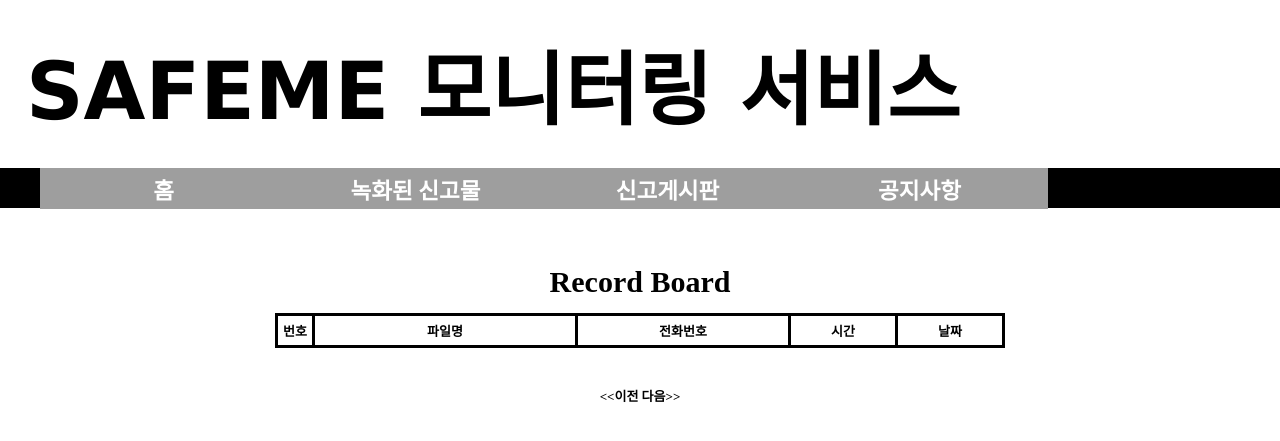
Repository: imdasom/SafeMe
Page: http://localhost/SafeMe/homepage/recordkesipan.jsp
The author's editor kept a copy of each file at every save. The page is drawn from the files as they stood at one save, then again after the next save.
The browser window is 1280 px wide. The pictures show the whole page.
Pictures or frames that could not be fetched are drawn as grey boxes. The page is served by Tomcat 9. Queries for data that is not in the repository find no rows.

Above is the page before, as saved 2015-12-15 12:29:19.

After the next save:
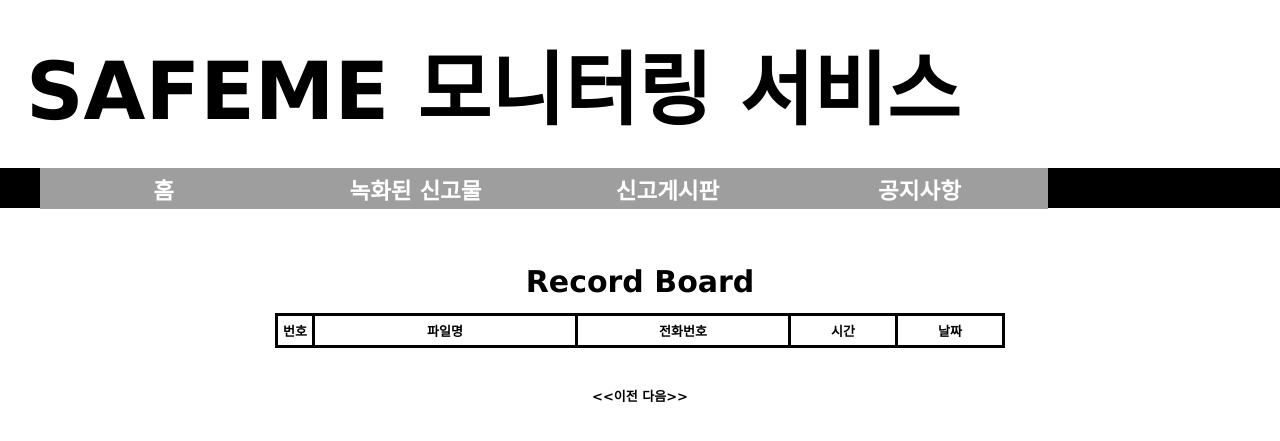
Saved 15 s later.
--- a/FinalSafeMeWeb/SafeMe/homepage/recordkesipan.jsp
+++ b/FinalSafeMeWeb/SafeMe/homepage/recordkesipan.jsp
@@ -4,7 +4,7 @@
 <jsp:include page="Home.jsp" flush="false" /></br></br>
 <title>글 목록 보기</title>
 </head>
-<body bgcolor="white" text="black" link="blue" vlink="red" alink="red" style="font-family:맑은고딕;">
+<body bgcolor="white" text="black" link="blue" vlink="red" alink="red">
 <p align="center"><br>
 <div align="center"><h1>Record Board</h1>
 <table border="0" cellpadding="0" cellspacing="0" width="700">
